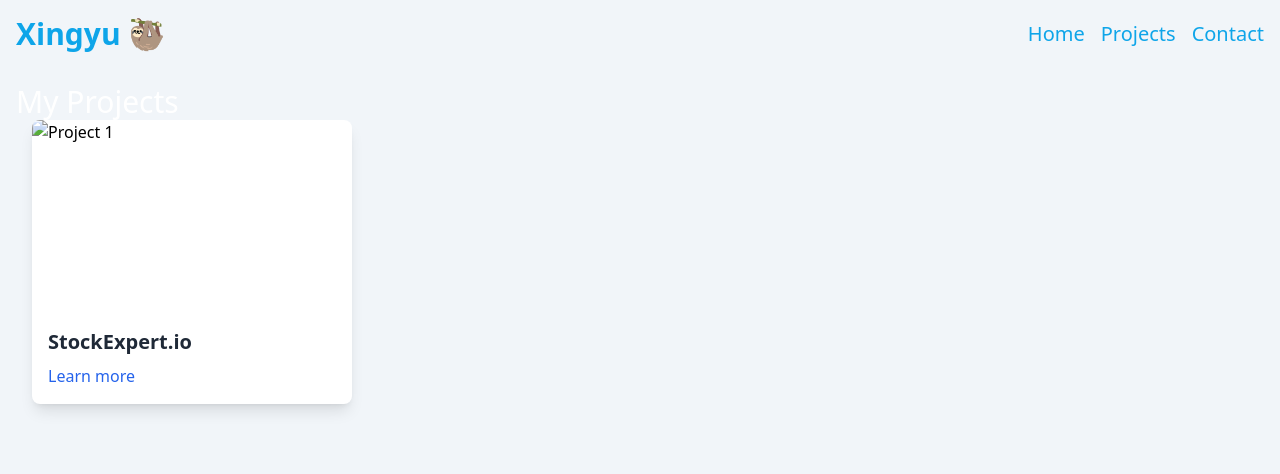
Repository: therealcyberlord/personal-portfolio
Page: /projects
These files come from the project's save history. The page is drawn as it stood at one moment and after the next save; the edit follows.
The browser window is 1280 px wide. The pictures show the whole page.
The project was rebuilt for these pictures with package versions that can differ from the ones it lists, and the page was loaded fresh each time. Also part of the build but not shown: vite.config.ts, src/components/Profile.tsx, src/pages/Home.tsx, src/pages/Contact.tsx.

Above is the page before, as saved 2023-07-31 22:31:09.

### src/App.tsx
import { BrowserRouter as Router, Routes, Route } from "react-router-dom";
import Home from "./pages/Home";
import Projects from "./pages/Projects";
import Contact from "./pages/Contact";
import Navbar from "./components/Nav";

function App() {
  return (
    <div className="w-screen h-screen bg-slate-100 dark:bg-slate-800">
      <Router>
        <Navbar />
        <Routes>
          <Route path="/" element={<Home />} />
          <Route path="/projects" element={<Projects />} />
          <Route path="/contact" element={<Contact />} />
        </Routes>
      </Router>
    </div>
  );
}

export default App;

### src/pages/Projects.tsx
import Project from "../components/Project";

const Projects = () => {
  return (
    <div className="px-4 py-4">
      <h1 className="text-white text-2xl md:text-3xl font-medium">
        My Projects
      </h1>
      <Project name="StockExpert.io" />
    </div>
  );
};

export default Projects;

### src/components/Nav.tsx
import { Link } from "react-router-dom";

const Navbar = () => {
  return (
    <nav className="p-4">
      <div className="flex justify-between items-center">
        <div className="text-sky-500 dark:text-sky-400 font-bold text-3xl">
          Xingyu 🦥
        </div>
        <ul className="flex space-x-4">
          <li>
            <Link
              to="/"
              className="text-sky-500 text-xl dark:text-sky-400 hover:text-blue-200 dark:hover:text-blue-200 transition duration-300"
            >
              Home
            </Link>
          </li>
          <li>
            <Link
              to="/projects"
              className="text-sky-500 text-xl dark:text-sky-400 hover:text-blue-200 dark:hover:text-blue-200 transition duration-300"
            >
              Projects
            </Link>
          </li>
          <li>
            <Link
              to="/contact"
              className="text-sky-500 text-xl dark:text-sky-400 hover:text-blue-200 dark:hover:text-blue-200 transition duration-300"
            >
              Contact
            </Link>
          </li>
        </ul>
      </div>
    </nav>
  );
};

export default Navbar;

### src/components/Project.tsx
import React from "react";

interface ProfileProps {
  name: string;
  description: string;
  img_path: string;
  src_path: string;
}

const Profile: React.FC<ProfileProps> = ({
  name,
  description,
  img_path,
  src_path,
}) => {
  return (
    <div className="bg-white dark:bg-gray-700 rounded-lg shadow-lg overflow-hidden w-80 mx-4">
      <img
        className="w-full h-48 object-cover object-center"
        src={img_path}
        alt="Project 1"
      />
      <div className="p-4">
        <h3 className="text-xl font-semibold text-gray-800 dark:text-white">
          {name}
        </h3>
        <p className="mt-2 text-gray-600 dark:text-gray-300">{description}</p>
        <a
          href={src_path}
          className="mt-3 text-blue-600 dark:text-blue-400 hover:underline"
        >
          Learn more
        </a>
      </div>
    </div>
  );
};

export default Profile;

### tailwind.config.js
/** @type {import('tailwindcss').Config} */

export default {
  content: ["./index.html", "./src/**/*.{js,ts,jsx,tsx}"],
  theme: {
    extend: {
      colors: {
        primary: "#202225",
        secondary: "#5865f2",
      },
    },
  },
  plugins: [],
};

Loaded but not shown: src/main.tsx (common file); src/index.css (common file)

After the next save:
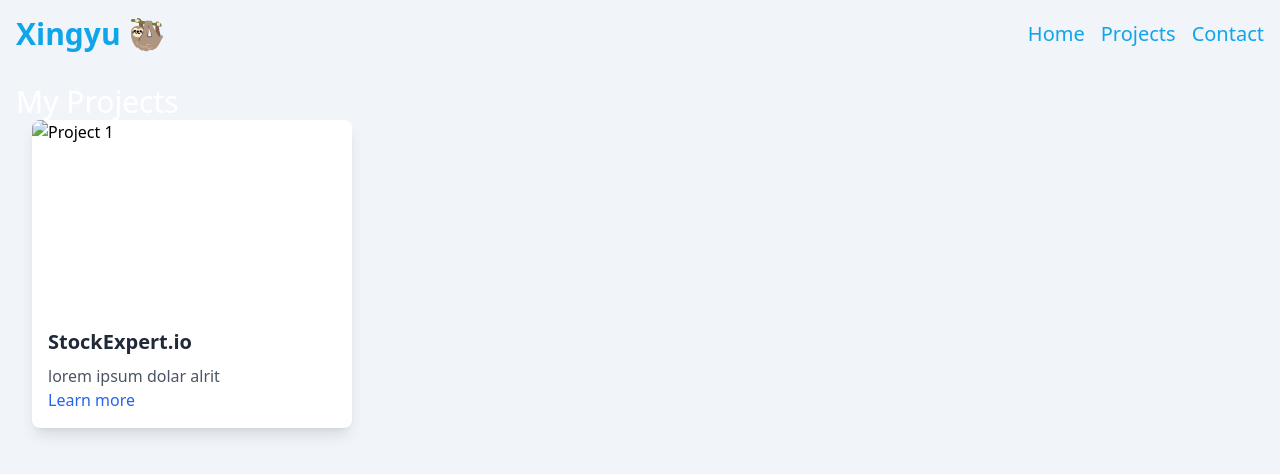
Saved 54 s later.
--- a/src/pages/Projects.tsx
+++ b/src/pages/Projects.tsx
@@ -6,7 +6,7 @@
       <h1 className="text-white text-2xl md:text-3xl font-medium">
         My Projects
       </h1>
-      <Project name="StockExpert.io" />
+      <Project name="StockExpert.io" description="lorem ipsum dolar alrit" />
     </div>
   );
 };
